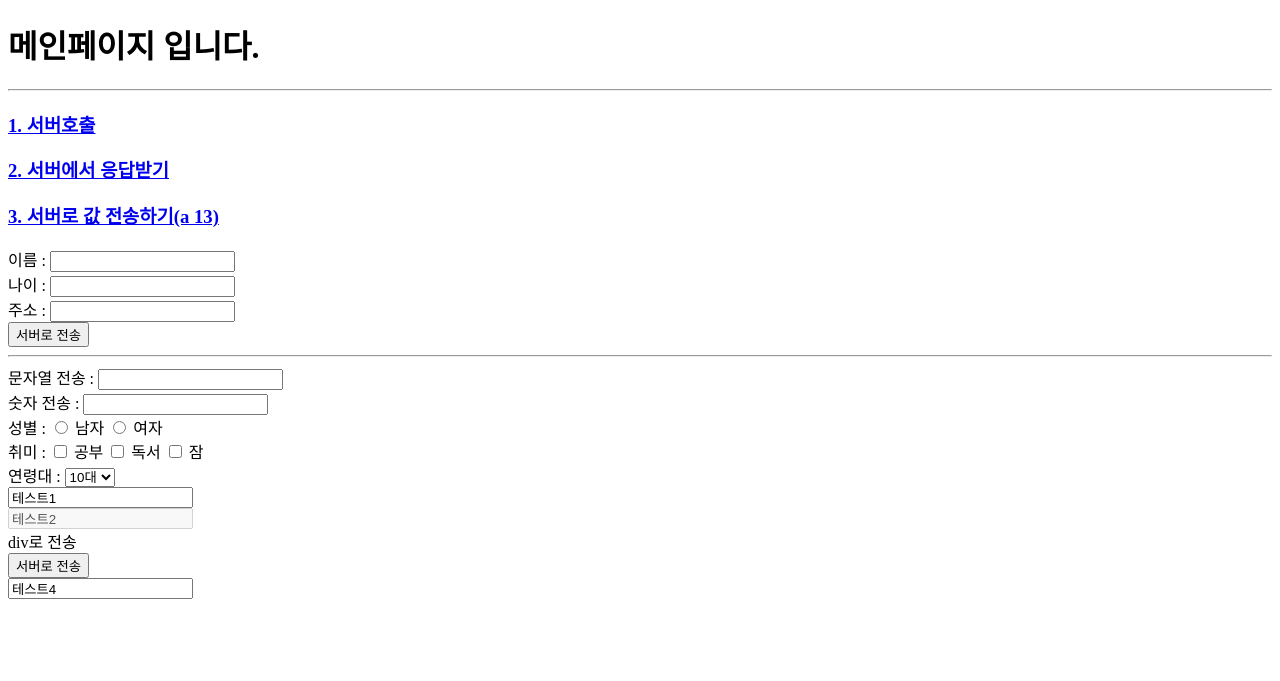
Repository: ParkHyeonju12/servlet
Page: web-workspace/02_noDbProject/src/main/webapp/index.html
These files come from the project's save history. The page is drawn as it stood at one moment and after the next save; the edit follows.
The browser window is 1280 px wide. The pictures show the whole page.

Above is the page before, as saved 2022-08-29 08:15:04.

### web-workspace/02_noDbProject/src/main/webapp/index.html
<!DOCTYPE html>
<html>
<head>
<meta charset="UTF-8">
<title>Insert title here</title>
</head>
<body>
	<h1>메인페이지 입니다.</h1>
	<hr>
	<h3><a href="/requestServer.do">1. 서버호출</a></h3>
	<h3><a href="/responseTest.do">2. 서버에서 응답받기</a></h3>
	<h3><a href="sendData1.do?name=현주&test=abc">3. 서버로 값 전송하기(a 13)</a></h3>
	<form action="/sendData2.do" method="post">
		이름 : <input type="text" name="name"><br>
		나이 : <input type="text" name="age"><br>
		주소 : <input type="text" name="addr"><br>
		<input type="submit" value = "서버로 전송">
	</form>
	<hr>
	<form action="/sendData3.do" method="post">
		문자열 전송 : <input type="text" name="str"><br>
		숫자 전송 : <input type="text" name="num"><br>
		성별 :
			<input type="radio" name="gender" value="남" id="m">
			<label for="m">남자</label>
			<input type="radio" name="gender" value="여" id="f">
			<label for="f">여자</label>
			<br>
			취미 :
			<input type="checkbox" name="hobby" value="공부" id="study">
			<label for="study">공부</label>
			<input type="checkbox" name="hobby" value="독서" id="book">
			<label for="book">독서</label>
			<input type="checkbox" name="hobby" value="잠" id="sleep">
			<label for="sleep">잠</label>
			<br>
			연령대 :
			<select name="age">
			<option value="10">10대</option>
			<option value="20">20대</option>
			<option value="30">30대</option>
			<option value="40">40대</option>
			</select>
			<br>
			<input type="hidden" name="hiddenData" value="히든데이터">
			<input type="text" name="input1" value="테스트1" readonly><br>
			<input type="text" name="input2" value="테스트2" disabled><br>
			<div name="test3" value="테스트3">div로 전송</div>
			<input type="submit" value="서버로 전송">
	</form>
	<input type="text" name="input3" value="테스트4">
</body>
</html>

After the next save:
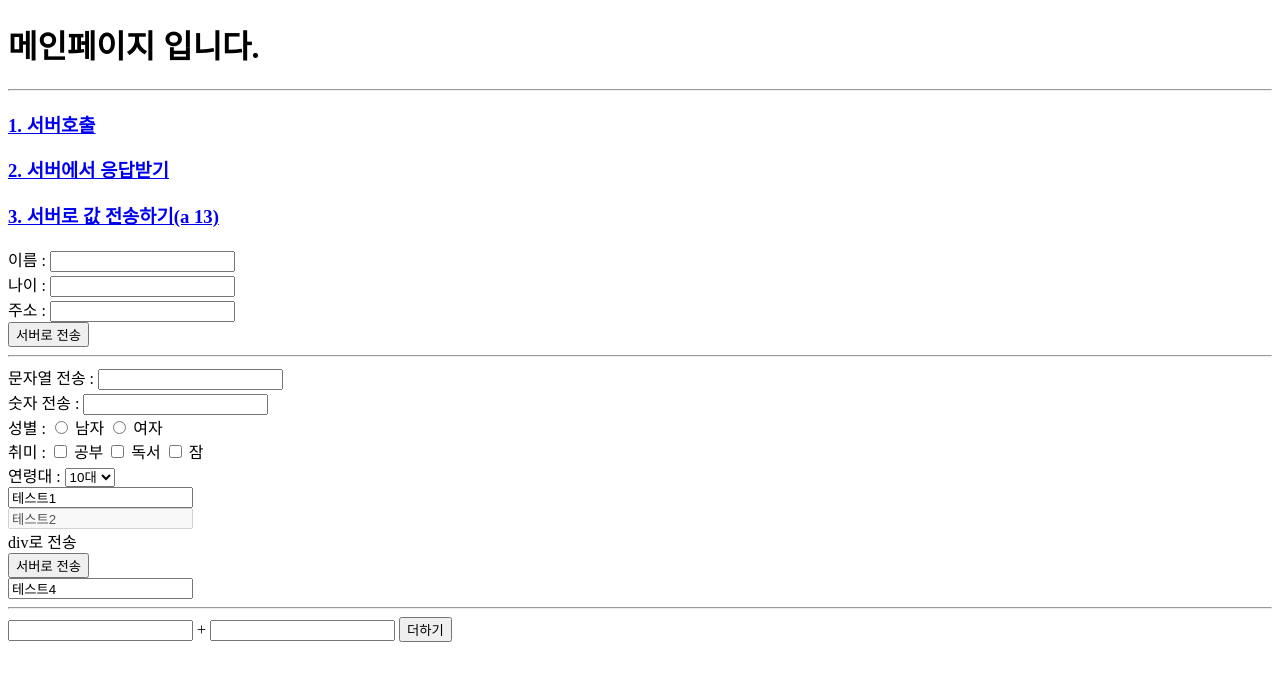
Saved 20 min 27 s later.
--- a/web-workspace/02_noDbProject/src/main/webapp/index.html
+++ b/web-workspace/02_noDbProject/src/main/webapp/index.html
@@ -49,5 +49,12 @@
 			<input type="submit" value="서버로 전송">
 	</form>
 	<input type="text" name="input3" value="테스트4">
+	<hr>
+	<form action="/plus.do" method="get">
+		<input type = "text" name="num1">
+		+
+		<input type="text" name="num2">
+		<input type="submit" value="더하기">
+	</form>
 </body>
 </html>
